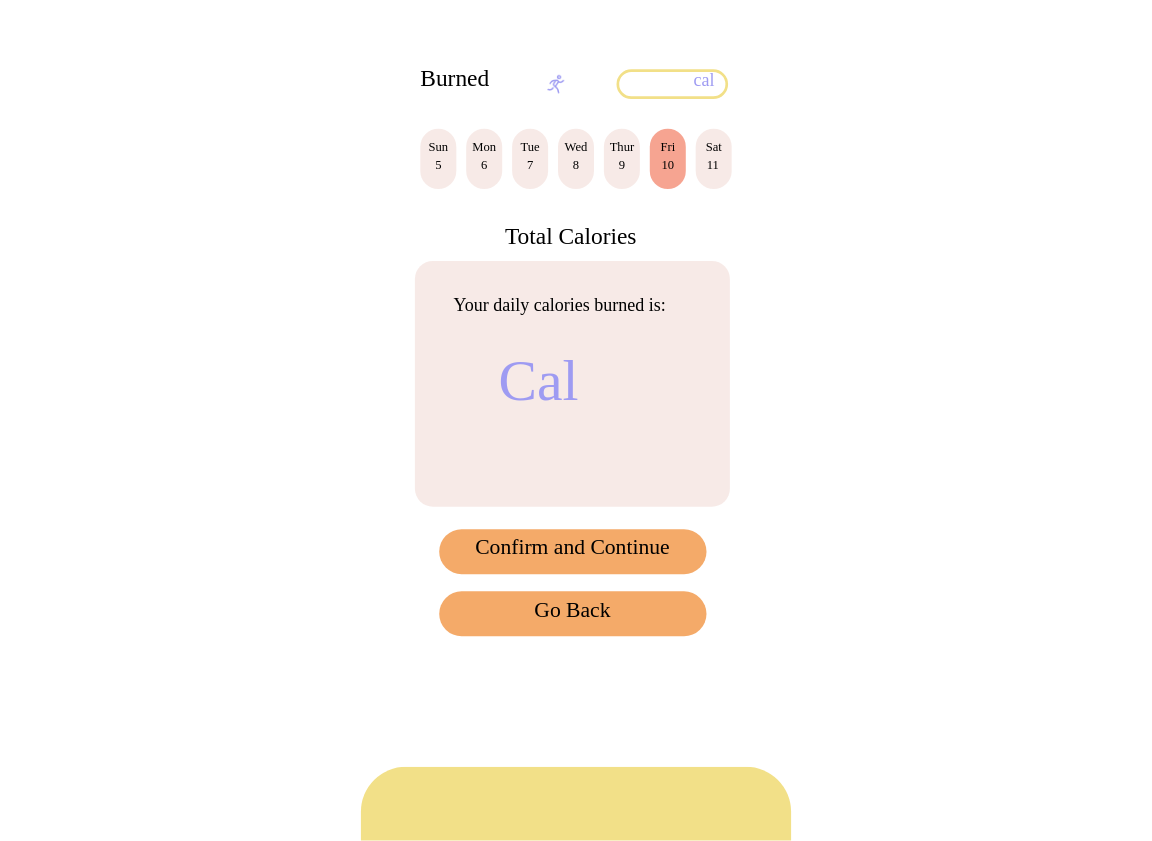
Repository: MeowCeline00/G5-Calorie-Tracker
Page: BurnedCal/index.html
These files come from the project's save history. The page is drawn as it stood at one moment and after a run of saves; the edit follows.
The browser window is 1280 px wide. The pictures show the whole page, at 90% of full size.

Above is the page before, as saved 2024-05-26 14:11:02.

### BurnedCal/index.html
<!DOCTYPE html>
<html>
<head>
  	<meta charset="utf-8">
  	<meta name="viewport" content="initial-scale=1, width=device-width">

  	<link rel="stylesheet" href="./global.css" />
  	<link rel="stylesheet"  href="./index.css" />

</head>
<body>
	<div class="pageContainer">
		<div class="pageInnerContainer">
			<!-- <div class="add-page-container"> -->
  	<div class="add-page">
    		<div class="add-page-child">
    		</div>
    		<div class="add-page-item">
    		</div>
    		<div class="add-page-inner">
    		</div>
    		<div class="rectangle-div">
    		</div>
    		<div class="add-page-child1">
    		</div>
    		<div class="add-page-child2">
    		</div>
    		<div class="add-page-child3">
    		</div>
    		<div class="add-page-child4">
    		</div>

    		<div class="total-calories">Total Calories</div>
    		<div class="breakfast">Burned</div>
    		<div class="div">5</div>
    		<div class="sun">Sun</div>
    		<div class="mon">Mon</div>
    		<div class="tue">Tue</div>
    		<div class="wed">Wed</div>
    		<div class="thur">Thur</div>
    		<div class="fri">Fri</div>
    		<div class="sat">Sat</div>
    		<div class="div1">6</div>
    		<div class="div2">7</div>
    		<div class="div3">8</div>
    		<div class="div4">9</div>
    		<div class="div5">10</div>
    		<div class="div6">11</div>
    		<div class="add-page-child5">
    		</div>
    		<div class="add-page-child6">
    		</div>
    		<div class="confirm-and-continue">Confirm and Continue</div>
			<div><a class="go-back" href="/burnedAddPage/index.html">Go Back</a></div>    		<div class="add-page-child7">
    		</div>
    		<div class="cal">cal</div>
    		<img class="fluent-mdl2breakfast-icon" alt="run" src="/Images/hugeicons_workout-run.png">

    		<div class="add-page-child8">
    		</div>
    		<div class="your-daily-caloric">Your daily calories burned is:</div>
    		<div class="cal1">
      			<span></span>
      			<span class="cal2">Cal</span>
			</div>
			</div>

	  <div class="navBarContainer">
		<div class="navBar">

		</div>
	</div>
</div>
</div>




</body>
</html>

### BurnedCal/global.css

body {
    margin: 0;
    line-height: normal;
}


:root {

    /* fonts */
    --body-20-medium: Catamaran;
    --heading-26-regular: Saira;

    /* font sizes */
    --body-20-medium-size: 20px;
    --body-24-regular-size: 24px;
    --font-size-sm: 14px;
    --heading-26-regular-size: 26px;

    /* Colors */
    --color-cornflowerblue: #9e9bf2;
    --color-black: #000;
    --lighter-nav-bar: rgba(247, 232, 229, 0.9);
    --yellow: #f2e088;
    --color-sandybrown: rgba(242, 149, 68, 0.8);

    /* Border radiuses */
    --br-xl: 20px;
    --br-17xl: 36px;

}

### BurnedCal/index.css
.add-page-child {
    position: absolute;
    top: 582px;
    left: 0px;
    width: 393px;
    height: 55px;
}
.add-page-item {
    position: absolute;
    top: 143px;
    left: 26px;
    border-radius: var(--br-xl);
    background-color: var(--lighter-nav-bar);
    width: 40px;
    height: 67px;
}
.add-page-inner {
    position: absolute;
    top: 143px;
    left: 77px;
    border-radius: var(--br-xl);
    background-color: var(--lighter-nav-bar);
    width: 40px;
    height: 67px;
}
.rectangle-div {
    position: absolute;
    top: 143px;
    left: 128px;
    border-radius: var(--br-xl);
    background-color: var(--lighter-nav-bar);
    width: 40px;
    height: 67px;
}
.add-page-child1 {
    position: absolute;
    top: 143px;
    left: 179px;
    border-radius: var(--br-xl);
    background-color: var(--lighter-nav-bar);
    width: 40px;
    height: 67px;
}
.add-page-child2 {
    position: absolute;
    top: 143px;
    left: 230px;
    border-radius: var(--br-xl);
    background-color: var(--lighter-nav-bar);
    width: 40px;
    height: 67px;
}
.add-page-child3 {
    position: absolute;
    top: 143px;
    left: 281px;
    border-radius: var(--br-xl);
    background-color: rgba(242, 126, 99, 0.7);
    width: 40px;
    height: 67px;
}
.add-page-child4 {
    position: absolute;
    top: 143px;
    left: 332px;
    border-radius: var(--br-xl);
    background-color: var(--lighter-nav-bar);
    width: 40px;
    height: 67px;
}
.nav-bar-icon {
    position: absolute;
    top: 726px;
    left: 0px;
    width: 393px;
    height: 126px;
}
.total-calories {
    position: absolute;
    top: 248px;
    left: 120px;
    font-size: var(--heading-26-regular-size);
    font-weight: 500;
    font-family: var(--heading-26-regular);
    text-align: left;
    display: inline-block;
    width: 163px;
    height: 42px;
}
.breakfast {
    position: absolute;
    top: 72px;
    left: 26px;
    font-size: var(--heading-26-regular-size);
    font-weight: 500;
    font-family: var(--heading-26-regular);
    text-align: left;
    display: inline-block;
    width: 130px;
    height: 42px;
}
.div {
    position: absolute;
    top: 176px;
    left: 26px;
    display: inline-block;
    width: 40px;
    height: 42px;
}
.sun {
    position: absolute;
    top: 156px;
    left: 26px;
    display: inline-block;
    width: 40px;
    height: 20px;
}
.mon {
    position: absolute;
    top: 156px;
    left: 77px;
    display: inline-block;
    width: 40px;
    height: 20px;
}
.tue {
    position: absolute;
    top: 156px;
    left: 128px;
    display: inline-block;
    width: 40px;
    height: 20px;
}
.wed {
    position: absolute;
    top: 156px;
    left: 179px;
    display: inline-block;
    width: 40px;
    height: 20px;
}
.thur {
    position: absolute;
    top: 156px;
    left: 230px;
    display: inline-block;
    width: 40px;
    height: 20px;
}
.fri {
    position: absolute;
    top: 156px;
    left: 281px;
    display: inline-block;
    width: 40px;
    height: 20px;
}
.sat {
    position: absolute;
    top: 156px;
    left: 332px;
    display: inline-block;
    width: 40px;
    height: 20px;
}
.div1 {
    position: absolute;
    top: 176px;
    left: 77px;
    display: inline-block;
    width: 40px;
    height: 42px;
}
.div2 {
    position: absolute;
    top: 176px;
    left: 128px;
    display: inline-block;
    width: 40px;
    height: 42px;
}
.div3 {
    position: absolute;
    top: 176px;
    left: 179px;
    display: inline-block;
    width: 40px;
    height: 42px;
}
.div4 {
    position: absolute;
    top: 176px;
    left: 230px;
    display: inline-block;
    width: 40px;
    height: 42px;
}
.div5 {
    position: absolute;
    top: 176px;
    left: 281px;
    display: inline-block;
    width: 40px;
    height: 42px;
}
.div6 {
    position: absolute;
    top: 176px;
    left: 332px;
    display: inline-block;
    width: 38px;
    height: 42px;
}
.add-page-child5 {
    position: absolute;
    top: 588px;
    left: 47px;
    border-radius: var(--br-17xl);
    background-color: var(--color-sandybrown);
    width: 297px;
    height: 50px;
}
.add-page-child6 {
    position: absolute;
    top: 657px;
    left: 47px;
    border-radius: var(--br-17xl);
    background-color: var(--color-sandybrown);
    width: 297px;
    height: 50px;
}
.confirm-and-continue {
    position: absolute;
    top: 595px;
    left: 80px;
    font-size: var(--body-24-regular-size);
    display: inline-block;
    width: 230px;
    height: 42px;
}
.go-back {
    position: absolute;
    top: 664px;
    left: 80px;
    font-size: var(--body-24-regular-size);
    display: inline-block;
    width: 230px;
    height: 42px;
    cursor: pointer;
    text-decoration: none;
    color: black
}
.add-page-child7 {
    position: absolute;
    top: 77px;
    left: 244px;
    border-radius: var(--br-xl);
    background-color: #fff;
    border: 3px solid var(--yellow);
    box-sizing: border-box;
    width: 124px;
    height: 33px;
}
.cal {
    position: absolute;
    top: 78px;
    left: 313px;
    font-size: var(--body-20-medium-size);
    font-weight: 500;
    color: var(--color-cornflowerblue);
    text-align: right;
    display: inline-block;
    width: 40px;
    height: 23px;
}
.fluent-mdl2breakfast-icon {
    position: absolute;
    top: 81px;
    left: 164px;
    width: 25px;
    height: 25px;
}
.add-page-child8 {
    position: absolute;
    top: 290px;
    left: 20px;
    border-radius: var(--br-xl);
    background-color: var(--lighter-nav-bar);
    width: 350px;
    height: 273px;
}
.your-daily-caloric {
    position: absolute;
    top: 328px;
    left: 63px;
    font-size: var(--body-20-medium-size);
}
.cal2 {
    color: var(--color-cornflowerblue);
}
.cal1 {
    position: absolute;
    top: 386px;
    left: 113px;
    font-size: 64px;
    text-align: right;
}
.add-page {
    width: 100%;
    position: relative;
    background-color: rgba(255, 255, 255, 0.92);
    height: 852px;
    overflow: hidden;
    text-align: center;
    font-size: var(--font-size-sm);
    color: var(--color-black);
    font-family: var(--body-20-medium);
    left: 40px;
}


.navBar {
    background-color: #F2E088;
    width: 430px;
    height: 50px;
    display: flex;
    flex-direction: row;
    justify-content: space-between;
    align-items: center;
    padding-left: 1.5em;
    padding-right: 1.5em;
    padding-top: 1em;
    padding-bottom: 1em;
    border-top-left-radius: 50px;
    border-top-right-radius: 50px;
}

.image1 {
    width: 50px;
    height: 42.5;
}
.image02 {
    position: relative;
    width: 66.67px;
    height: 66.67px;
    background-color: #fff;
    padding:0.25em ;
    border-radius: 360px;
    top: -50px;
}

.image03 {
    width: 41.25px;
    height: 45.58;
}

.navBar a {
    padding: 0em;
    margin: 0em;
}

.pageContainer {
    display: flex;

    flex-direction: column;
    align-items: center;


}
.pageInnerContainer {
    display: flex;
    flex-direction: column;
    align-items: center;
    justify-content: center;

}

.add-page-container {
    display: flex;
    justify-content: center;
    flex-direction: column;
}

### scripts/app.js
document.addEventListener('DOMContentLoaded', () => {
    navigateTo('landing');
});

function navigateTo(page) {
    switch (page) {
        case 'landing':
            renderLandingPage();
            break;
        case 'home':
            renderHomePage();
            break;
        case 'profile':
            renderProfilePage();
            break;
        case 'lunchCalorie':
            window.location.href = '/lunchAddPage/index.html';
            break;
        case 'addNew':
            window.location.href = '/addPage/Add.html';
            break;
        case 'dinnerCalorie':
            window.location.href = '/dinnerAddPage/index.html';
            break;
        case 'snacksCalorie':
            window.location.href = '/snacksAddPage/index.html';
            break;
        case 'breakfastCalorie':
            window.location.href = '/breakfastAddPage/index.html';
            break;
        case 'burnedCalorie':
            window.location.href = '/burnedAddPage/index.html';
            break;
        default:
            console.error('Invalid page:', page);
            break;
    }
}

### scripts/navbar.js
function renderNavbar() {
    return `
      <div class="navContainer">
        <nav class="navbar">
          <div class="navItem" onclick="navigateTo('home')">
            <img src="/images/home_icon.svg" alt="Home" width="60" height="60" />
          </div>
          <div class="addButtonContainer">
            <div class="addnewButton" onclick="navigateTo('addNew')">
              <img src="/images/add_icon.svg" alt="Add" width="80" height="80" />
            </div>
          </div>
          <div class="navItem" onclick="navigateTo('recipes')">
            <img src="/images/recipes_icon.svg" alt="Recipes" width="55" height="55" />
          </div>
        </nav>
      </div>
    `;
}

After the next 2 saves:
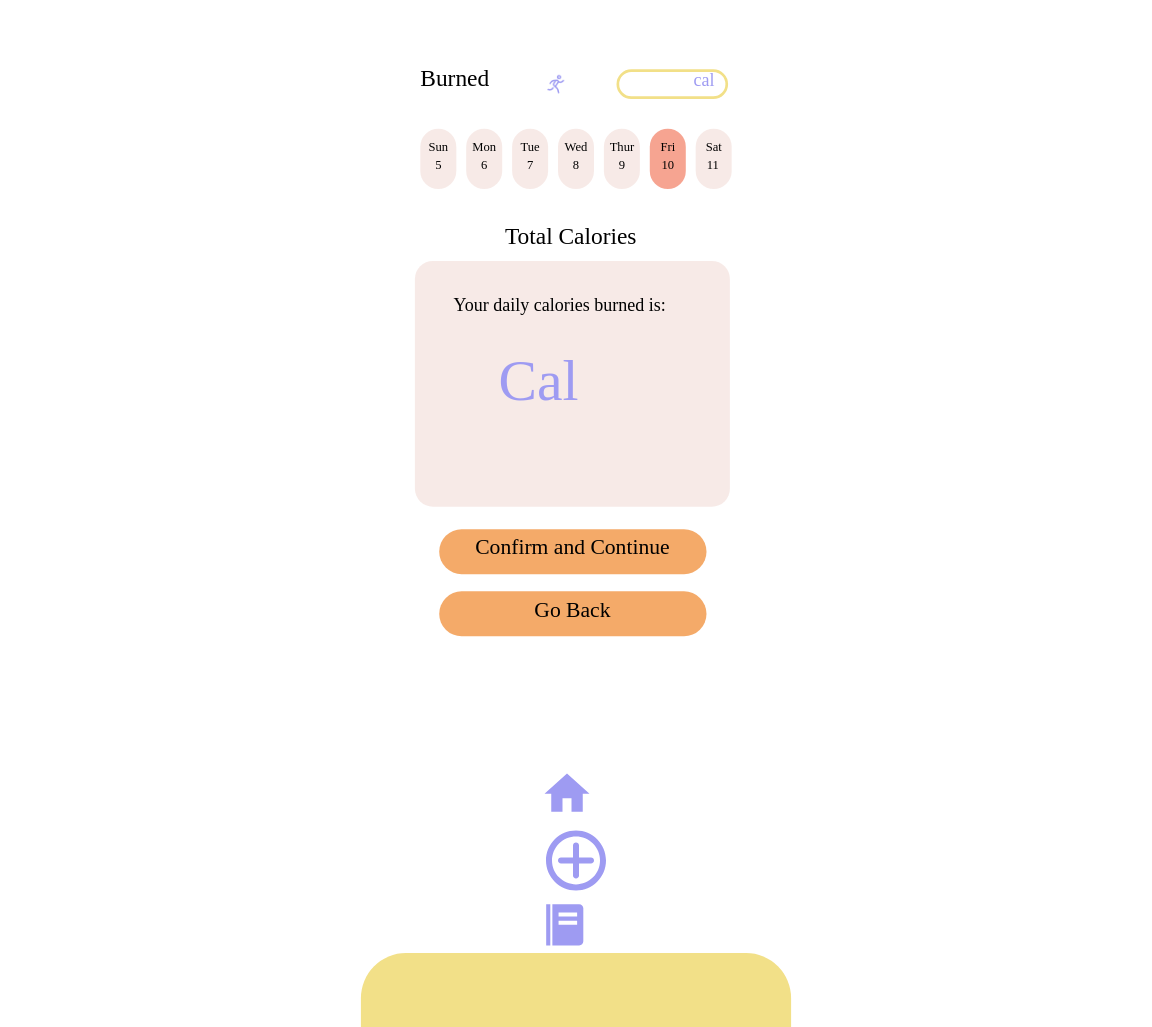
Console error: ReferenceError: renderLandingPage is not defined
The 2 saves are shown as one change because they came seconds apart.
The last was saved 5 s later.
--- a/BurnedCal/index.html
+++ b/BurnedCal/index.html
@@ -64,6 +64,24 @@
       			<span class="cal2">Cal</span>
 			</div>
 			</div>
+			<div class="navContainer">
+				<nav class="navbar">
+				  <div class="navItem" onclick="navigateTo('home2')">
+					<img src="/images/home_icon.svg" alt="Home" width="60" height="60" />
+				  </div>
+				  <div class="addButtonContainer">
+					<div class="addnewButton" onclick="navigateTo('addNew')">
+					  <img src="/images/add_icon.svg" alt="Add" width="80" height="80" />
+					</div>
+				  </div>
+				  <div class="navItem" onclick="navigateTo('recipes')">
+					<img src="/images/recipes_icon.svg" alt="Recipes" width="55" height="55" />
+				  </div>
+				</nav>
+			  </div>
+			  <script src="/scripts/app.js"></script>
+			  <script src="/scripts/navbar.js"></script>
+
 
 	  <div class="navBarContainer">
 		<div class="navBar">
